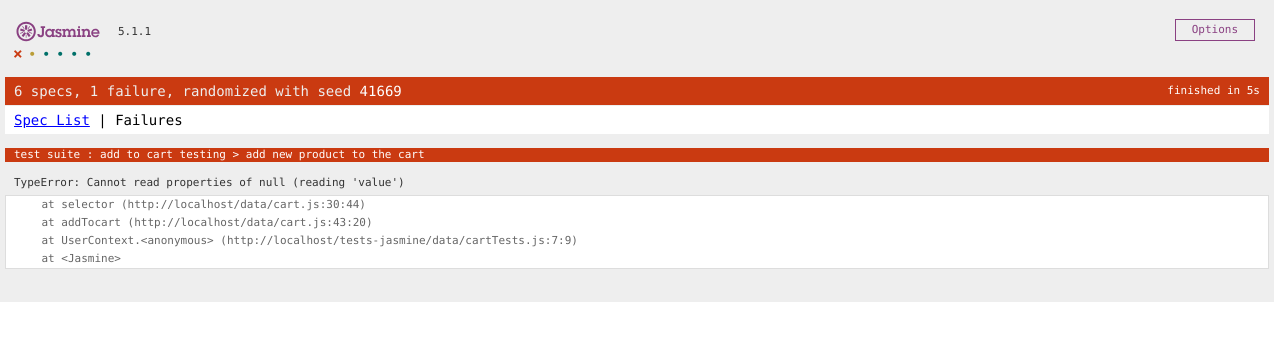
Repository: Gaurav124937/Javascirpt-amazon-clone
Page: tests-jasmine/tests.html
These files come from the project's save history. The page is drawn as it stood at one moment and after the next save; the edit follows.
The browser window is 1280 px wide. The pictures show the whole page.

Above is the page before, as saved 2026-10-14 20:08:01.

After the next save:
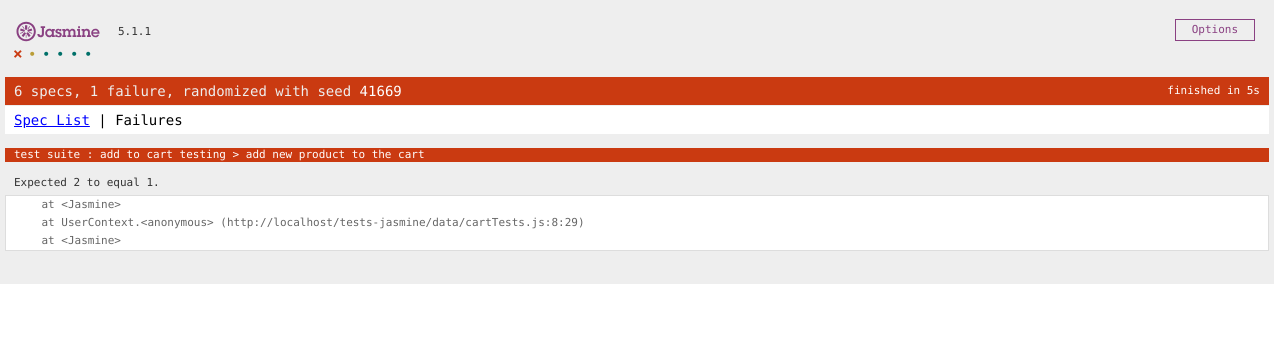
Saved 100 s later.
--- a/data/cart.js
+++ b/data/cart.js
@@ -39,18 +39,18 @@
     }
   });
 
-  //calling selector function
-  const quantity = selector(productId);
+  // //calling selector function
+  // const quantity = selector(productId);
 
-  if (matchingItem) {
-    matchingItem.quantity += quantity;
-  } else {
-    cart.push({
-      productId: productId,
-      quantity: quantity,
-      deliveryOptionId: '1',
-    });
-  }
+  // if (matchingItem) {
+  //   matchingItem.quantity += quantity;
+  // } else {
+  //   cart.push({
+  //     productId: productId,
+  //     quantity: quantity,
+  //     deliveryOptionId: '1',
+  //   });
+  // }
 
   saveToStorage();
 }

After the 3 saves that followed:
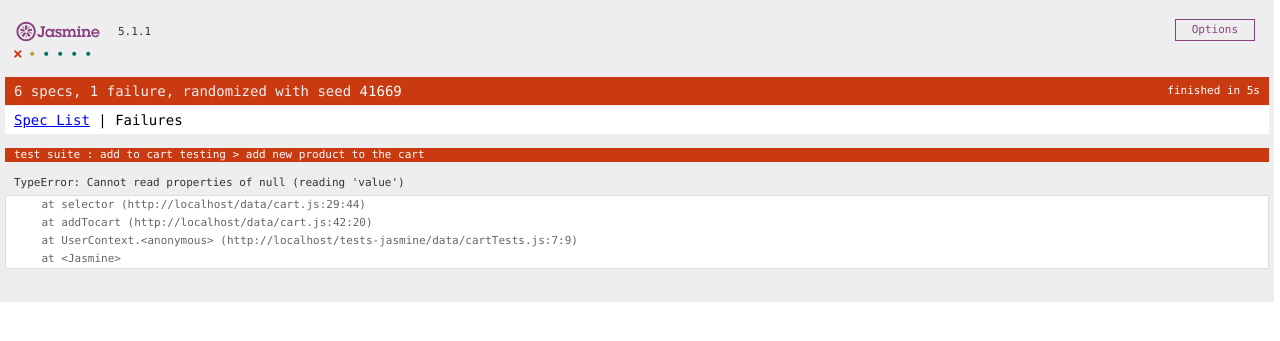
The 3 saves are shown as one change because 2 left the picture as it was.
The last was saved 3 min 31 s later.
--- a/data/cart.js
+++ b/data/cart.js
@@ -20,12 +20,11 @@
   localStorage.setItem("cart", JSON.stringify(cart));
 }
 
-function selector(productId) {
+export function selector(productId) {
   //makin selector interactive
   const quantitySelector = document.querySelector(
     `.js-quantity-selector-${productId}`,
   );
-  console.log(quantitySelector);
 
   const quantity = Number(quantitySelector.value);
   return quantity;
@@ -39,18 +38,18 @@
     }
   });
 
-  // //calling selector function
-  // const quantity = selector(productId);
+  //calling selector function
+  const quantity = selector(productId);
 
-  // if (matchingItem) {
-  //   matchingItem.quantity += quantity;
-  // } else {
-  //   cart.push({
-  //     productId: productId,
-  //     quantity: quantity,
-  //     deliveryOptionId: '1',
-  //   });
-  // }
+  if (matchingItem) {
+    matchingItem.quantity += quantity;
+  } else {
+    cart.push({
+      productId: productId,
+      quantity: quantity,
+      deliveryOptionId: '1',
+    });
+  }
 
   saveToStorage();
 }
